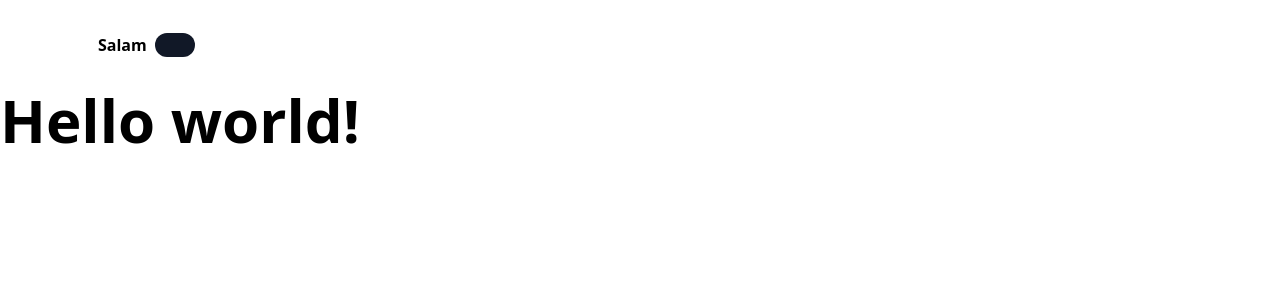
Repository: khaled-m1/Blog-Next.js
Page: /
The author's editor kept a copy of each file at every save. The page is drawn from the files as they stood at one save, then again after the next save.
The browser window is 1280 px wide. The pictures show the whole page.
The project was rebuilt for these pictures with package versions that can differ from the ones it lists, and the page was loaded fresh each time. The framework's server and built-in components were replaced by stand-ins that run in the browser. Also part of the build but not shown: next.config.js.

Above is the page before, as saved 2023-01-15 23:36:23.

After the next save:
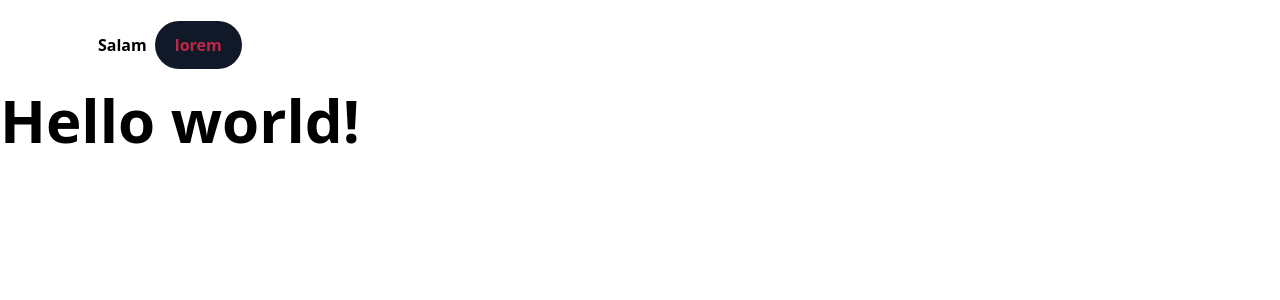
Saved 5 s later.
--- a/components/Header.tsx
+++ b/components/Header.tsx
@@ -51,7 +51,7 @@ const Header = () => {
       {/* 2 */}
       <div>
       <Link href="/" className="px-5 py-3 text-sm md:text-base bg-gray-900 text-[#BA2948] flex items-center rounded-full text-center">
-
+          lorem
         </Link>
       </div>
     </div>
